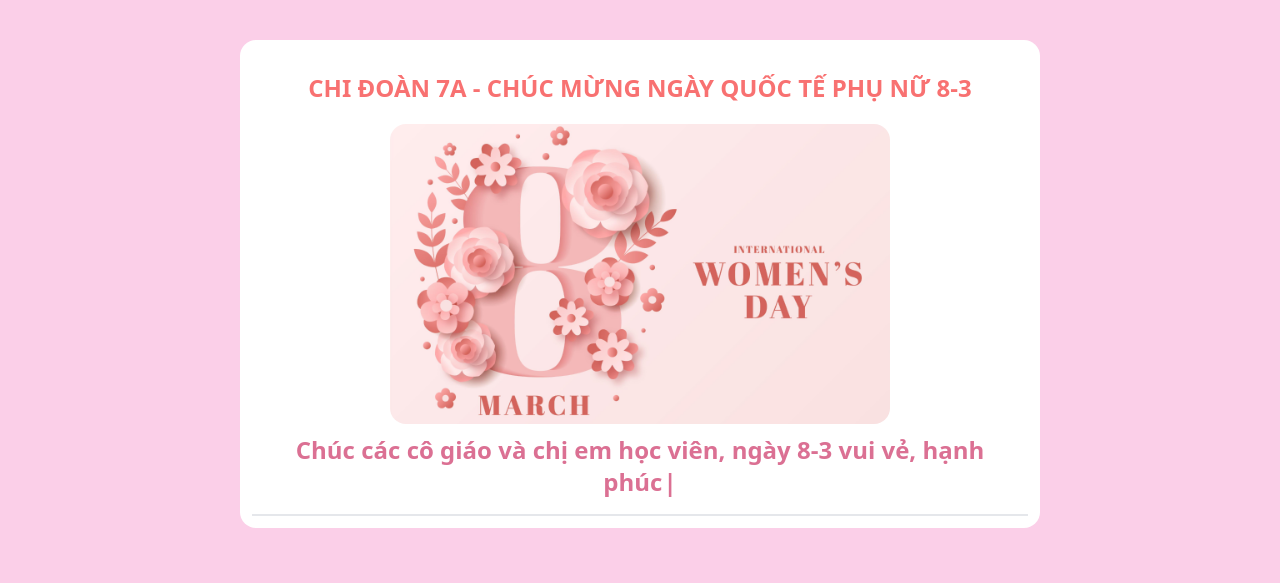
Repository: hoang0508/web-837A
Page: /
These files come from the project's save history. The page is drawn as it stood at one moment and after the next save; the edit follows.
The browser window is 1280 px wide. The pictures show the whole page.
Some web fonts or font styles are not loaded; a fallback is used. The project was rebuilt for these pictures with package versions that can differ from the ones it lists, and the page was loaded fresh each time. Also part of the build but not shown: vite.config.js.

Above is the page before, as saved 2025-02-28 19:11:47.

After the next save:
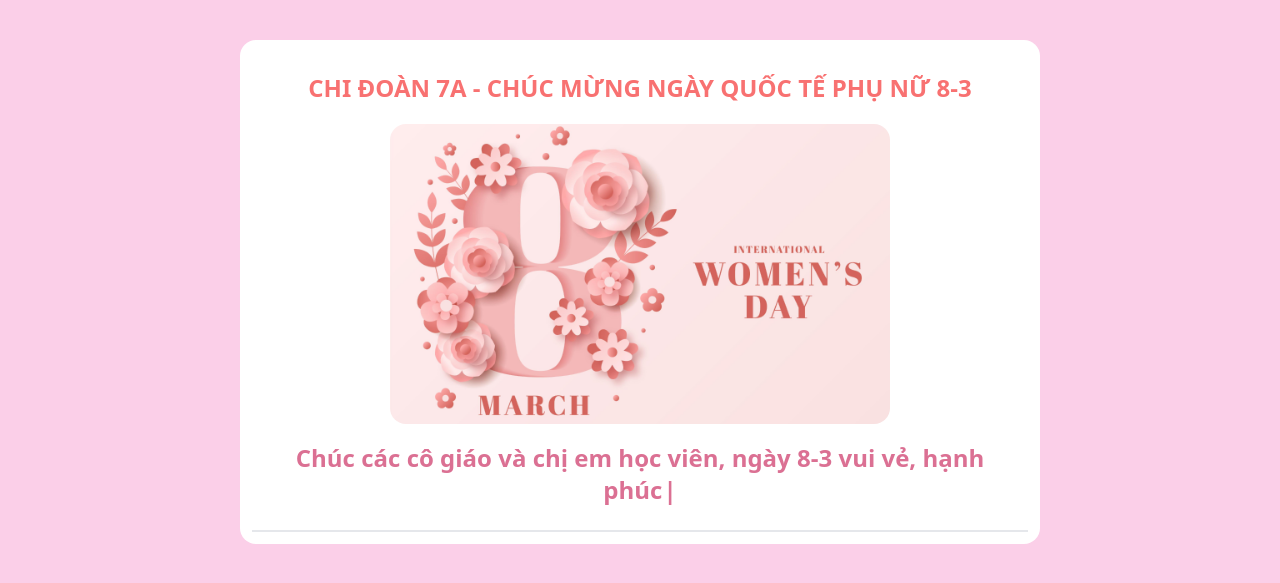
Saved 29 s later.
--- a/src/App.jsx
+++ b/src/App.jsx
@@ -22,7 +22,7 @@
               className="w-full h-full object-cover rounded-2xl"
             />
           </div>
-          <div className="border-b-2 border-gray-200">
+          <div className="border-b-2 border-gray-200 p-2">
             <Typewriter
               options={{
                 strings: [

After the save that followed:
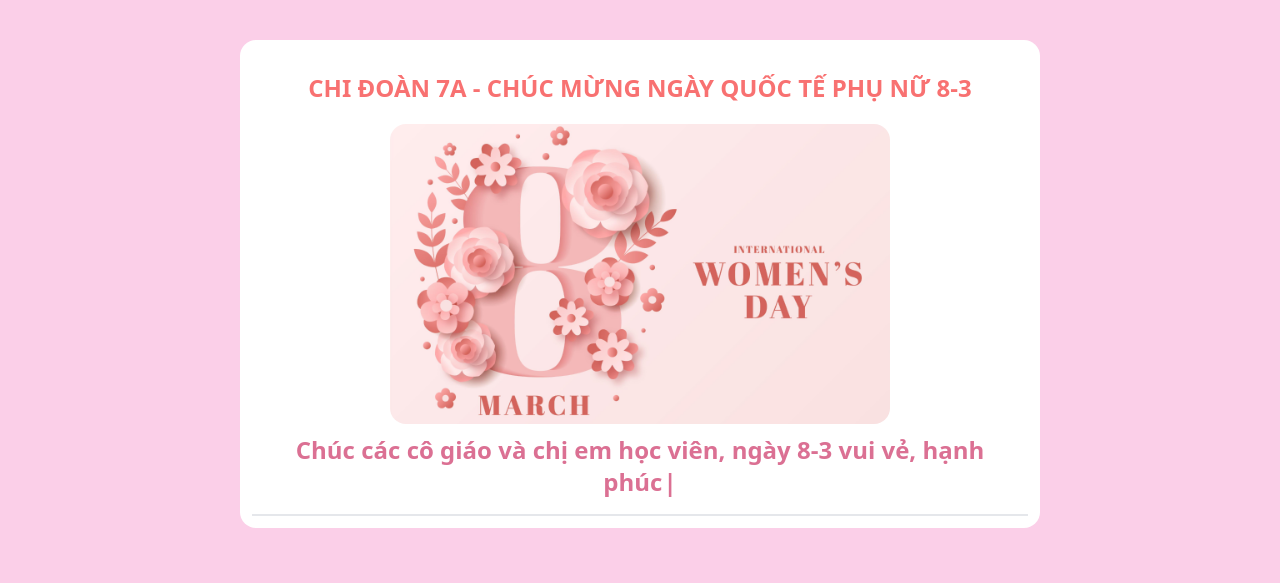
Saved 6 s later.
--- a/src/App.jsx
+++ b/src/App.jsx
@@ -22,7 +22,7 @@
               className="w-full h-full object-cover rounded-2xl"
             />
           </div>
-          <div className="border-b-2 border-gray-200 p-2">
+          <div className="border-b-2 border-gray-200">
             <Typewriter
               options={{
                 strings: [
